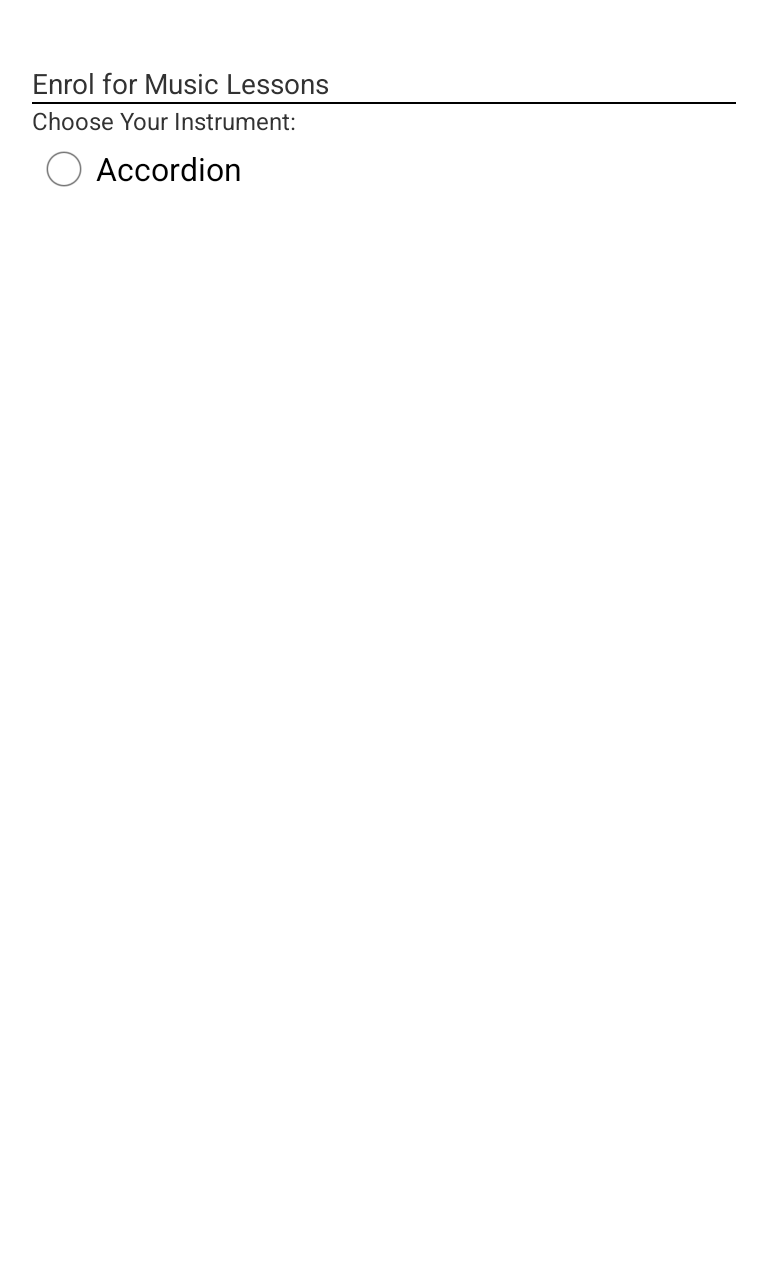
Repository: sam-stewart/in721
Layout: ComplexControls/res/layout/activity_main.xml
These files come from the project's save history. The layout is drawn as it stood at one moment and after the next save; the edit follows.
It is drawn on a 768 x 1280 px phone screen (xhdpi) without system bars, with theme AppTheme; the app's code is not run.

Above is the layout before, as saved 2015-03-04 08:48:42.

After the next save:
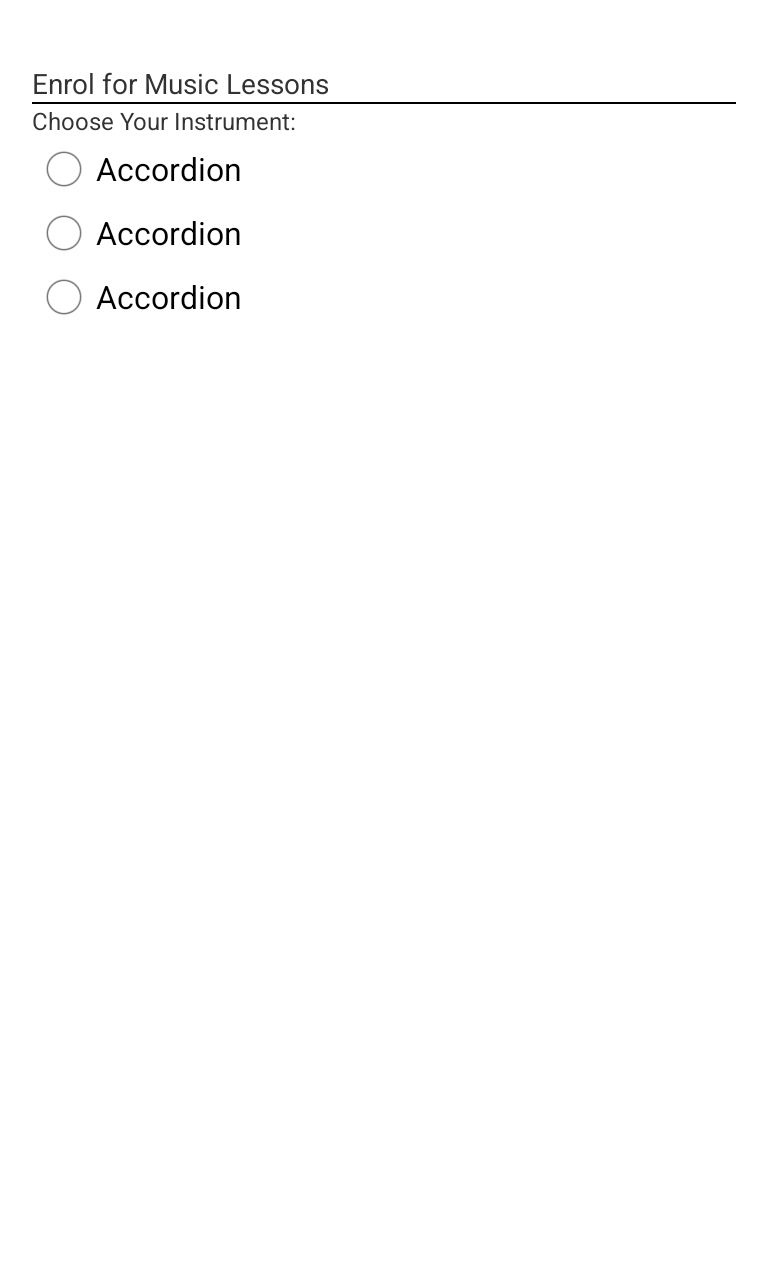
Saved 53 s later.
--- a/ComplexControls/res/layout/activity_main.xml
+++ b/ComplexControls/res/layout/activity_main.xml
@@ -43,6 +43,17 @@
             android:id="@+id/radBttnAccordion"
             android:text="Accordion" />
 
+        <RadioButton
+            android:layout_width="wrap_content"
+            android:layout_height="wrap_content"
+            android:id="@+id/radBttnAccordion"
+            android:text="Accordion" />
+
+        <RadioButton
+            android:layout_width="wrap_content"
+            android:layout_height="wrap_content"
+            android:id="@+id/radBttnAccordion"
+            android:text="Accordion" />
     </RadioGroup>
 
 </RelativeLayout>
